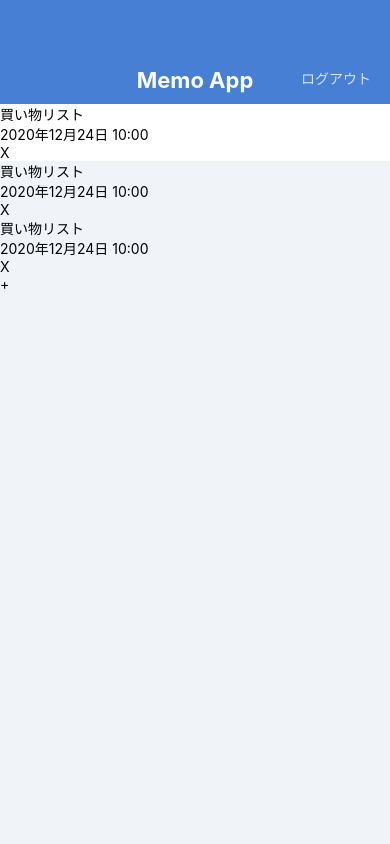
Repository: hirano-step/MemoApp
Screen: /
The author's editor kept a copy of each file at every save. The screen is drawn from the files as they stood at one save, then again after the next save.
The app was drawn by React Native's web renderer in a window 390 px wide. The project was rebuilt for these pictures with package versions that can differ from the ones it lists, and the page was loaded fresh each time.

Above is the screen before, as saved 2023-01-12 11:17:38.

### App.jsx
import { StyleSheet, Text, View } from 'react-native';

export default function App() {
  return (
    <View style={styles.container}>
      <View style={styles.appbar}>
        <View style={styles.appbarInner}>
          <Text style={styles.appbarTitle}>Memo App</Text>
          <Text style={styles.appbarRight}>ログアウト</Text>
        </View>
      </View>

      <View>
        <View style={styles.memoListItem}>
          <View>
            <Text>買い物リスト</Text>
            <Text>2020年12月24日 10:00</Text>
          </View>
          <View>
            <Text>X</Text>
          </View>
        </View>

        <View>
          <View>
            <Text>買い物リスト</Text>
            <Text>2020年12月24日 10:00</Text>
          </View>
          <View>
            <Text>X</Text>
          </View>
        </View>

        <View>
          <View>
            <Text>買い物リスト</Text>
            <Text>2020年12月24日 10:00</Text>
          </View>
          <View>
            <Text>X</Text>
          </View>
        </View>
      </View>

      <View>
        <Text>+</Text>
      </View>

    </View>
  );
}

const styles = StyleSheet.create({
  container: {
    flex: 1,
    backgroundColor: '#F0F4F8',
  },
  appbar: {
    width: '100%',
    height: 104,
    backgroundColor: '#467FD3',
    justifyContent: 'flex-end',
  },
  appbarInner: {
    alignItems: 'center',
  },
  appbarRight: {
    position: 'absolute',
    right: 19,
    bottom: 16,
    color: 'rgba(255,255,255,0.8)',
  },
  appbarTitle: {
    marginBottom: 8,
    fontSize: 22,
    lineHeight: 32,
    color: '#FFFFFF',
    fontWeight: 'bold',
  },
  memoListItem: {
    backgroundColor: '#FFFFFF',
  }
});

After the next save:
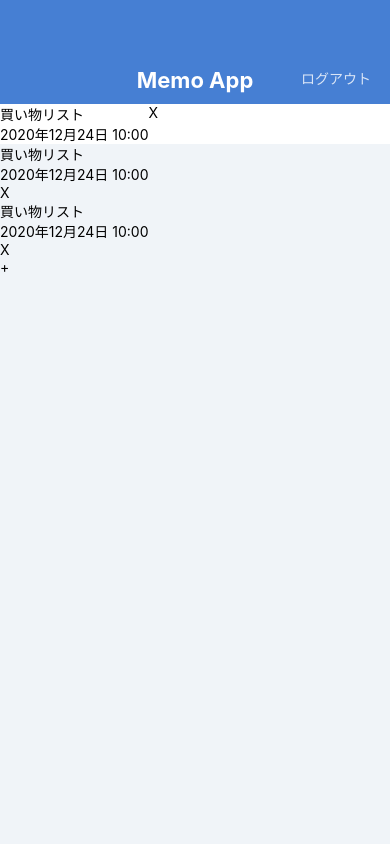
Saved 28 s later.
--- a/App.jsx
+++ b/App.jsx
@@ -79,5 +79,6 @@ const styles = StyleSheet.create({
   },
   memoListItem: {
     backgroundColor: '#FFFFFF',
+    flexDirection: 'row',
   }
 });
